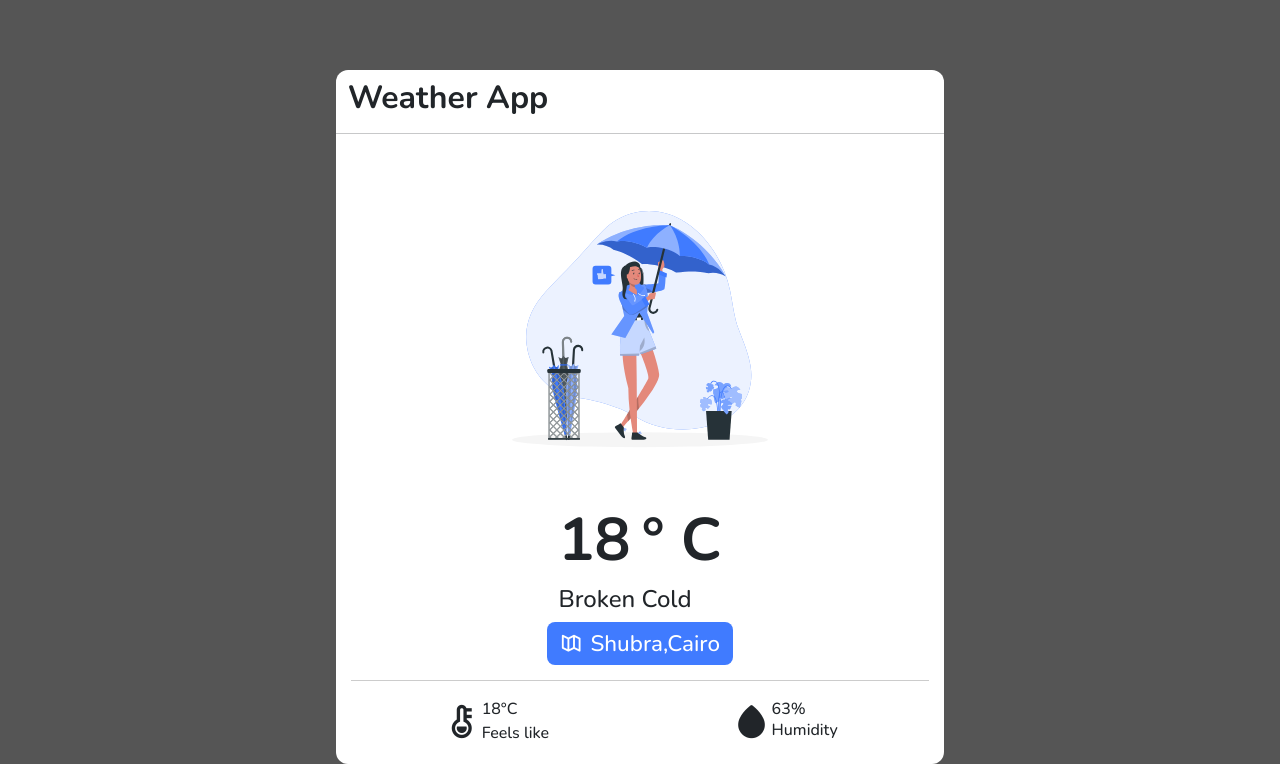
Repository: youssef168/Weather-App
Page: index.htm
An editor plug-in stored every save of this project. The page is shown before and after the next save, followed by the edit.
The browser window is 1280 px wide. The pictures show the whole page.

Above is the page before, as saved 2021-12-28 22:11:56.

After the next save:
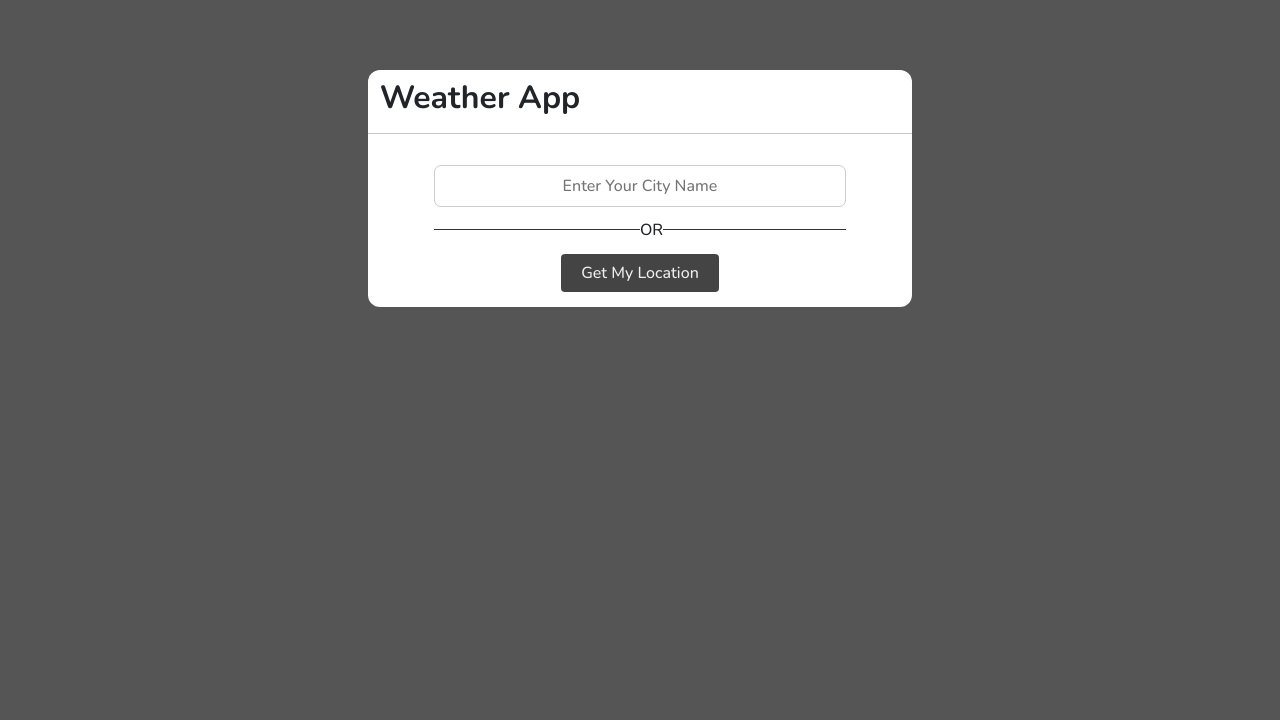
Saved 15 s later.
--- a/index.htm
+++ b/index.htm
@@ -18,7 +18,7 @@
         <div class='row super'>
             <h2>Weather App</h2>
             <hr>
-          <div id="Special" class='col active'>
+          <div id="Special" class='col '>
               <div class="wearher-img">
                   <img class="w-100" src="./Umbrella-rafiki.svg" alt="">
               </div>
@@ -53,7 +53,7 @@
                   </div>
               </div>
             </div>
-            <div class="col super-x">
+            <div class="col super-x active">
                 <div class="input">
                     <input class="input-super" type="text" placeholder="Enter Your City Name">
                 </div>
